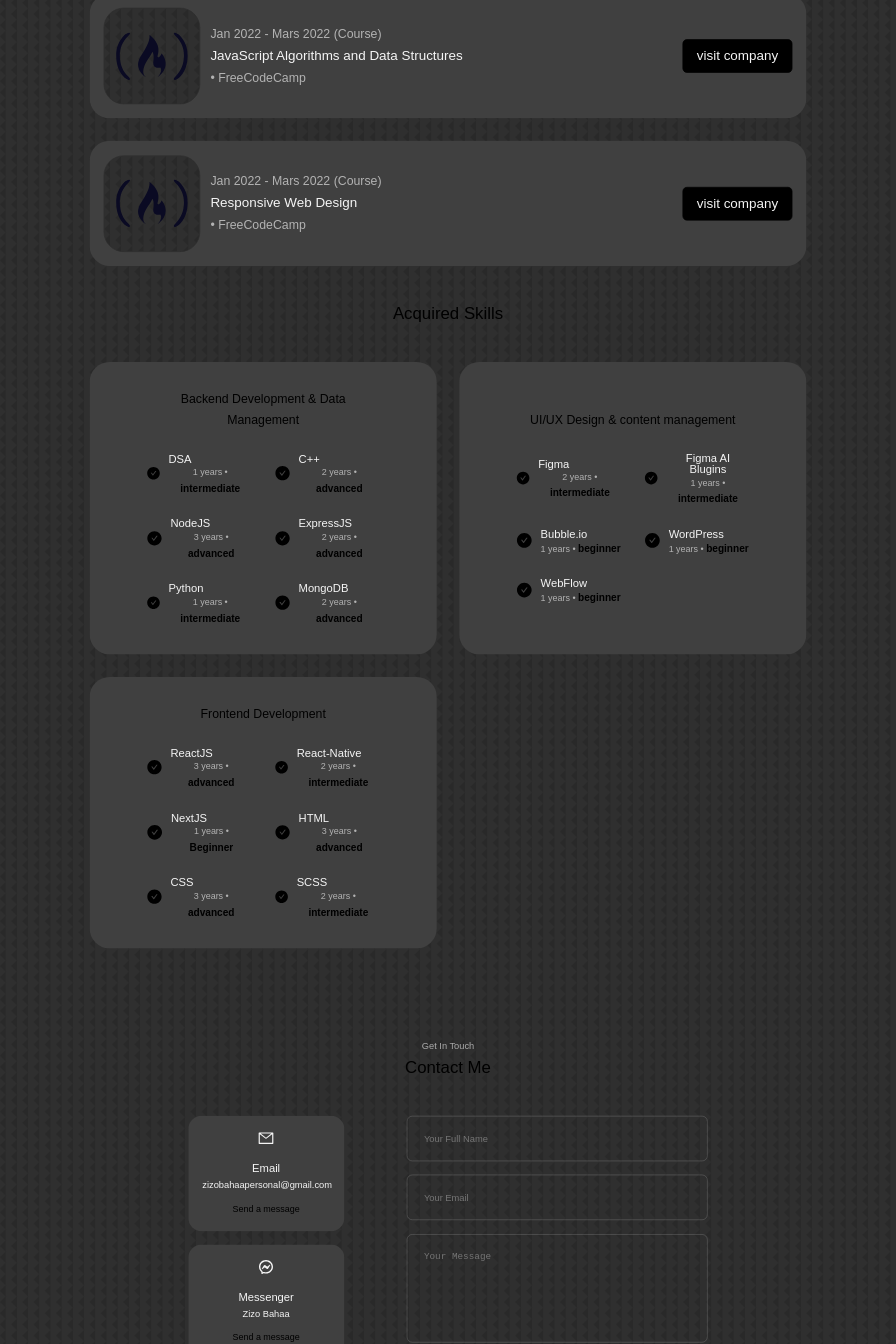
Repository: Z-Bahaa/project_joker_react_portfolio
Page: /
The author's editor kept a copy of each file at every save. The page is drawn from the files as they stood at one save, then again after the next save.
The browser window is 1280 px wide. The pictures show the part of the page from y = 4580 to 6500 px (the page is 7236 px tall before and 7329 px after), at 70% of full size.
Some web fonts or font styles are not loaded; a fallback is used. The project was rebuilt for these pictures with package versions that can differ from the ones it lists, and the page was loaded fresh each time. Imported but missing from the stored project, and not drawn on this page: src/assets/resume.pdf.

Above is the page before, as saved 2023-08-21 18:19:46.

### public/index.html
<!DOCTYPE html>
<html lang="en">

<head>
  <meta charset="UTF-8">
  <meta name="viewport" content="width=device-width, initial-scale=1.0">
  <title>Zeyad Bahaa</title>
  <link rel="shortcut icon" href="/Logo.png" />
</head>

<body>
  <div id="root"></div>
</body>

</html>

### src/App.jsx
import Header from './components/header/Header'
import Nav from './components/nav/Nav'
import About from './components/about/About'
import Experience from './components/experience/Experience'
// import Services from './components/services/Services'
import Portfolio from './components/portfolio/Portfolio'
// import Testimonials from './components/testimonials/Testimonials'
import Contact from './components/contact/Contact'
import Footer from './components/footer/Footer'


const App = () => {
  return (
    <>
      <Header />
      <Nav />
      <About />
      <Portfolio />
      <Experience />
      {/* <Services /> */}
{/*       <Testimonials /> */}
      <Contact />
      <Footer />

    </>
  )
}

export default App

### src/components/header/Header.jsx
import './header.css';
import CTA from './CTA'
import ME from '../../assets/me-3.png'
import HeaderSocials from './HeaderSocials'

const Header = () => {
  return (
    <div className='header container' id='home'>
      <div className='header__container'>
        <h5>Hello, I'm</h5>
        <h1>Zeyad Bahaa</h1>
        <h5 className="text-light">Software & web development Enthusiast</h5>
        <CTA />
        <HeaderSocials />

        <div className="me">
          <img src={ME} alt="" />
        </div>

        <a href='#contact' className="scroll__down">Scroll Down</a>
      </div>
    </div>
  )
}

export default Header

### src/components/nav/Nav.jsx
import './nav.css'
import { AiOutlineHome, AiOutlineUser, AiOutlineMessage } from 'react-icons/ai'
import { BiBookAlt } from 'react-icons/bi'
import { BsBagDash } from 'react-icons/bs'
import { useState} from 'react'

const Nav = () => {
  const [activeNav, setActiveNAv] = useState('#')
  return (
    <div className="nav">
      <a href="#home" className={activeNav === '#' ? 'active' : ''} onClick={() => setActiveNAv('#')}><AiOutlineHome /></a>
      <a href="#about" className={activeNav === '#about' ? 'active' : ''} onClick={() => setActiveNAv('#about')}><AiOutlineUser /></a>
      <a href="#portfolio" className={activeNav === '#services' ? 'active' : ''} onClick={() => setActiveNAv('#services')}><BsBagDash /></a>
      <a href="#experience" className={activeNav === '#experience' ? 'active' : ''} onClick={() => setActiveNAv('#experience')}><BiBookAlt /></a>
      <a href="#contact" className={activeNav === '#contact' ? 'active' : ''} onClick={() => setActiveNAv('#contact')}><AiOutlineMessage /></a>
    </div>
  )
}

export default Nav

### src/components/about/About.jsx
import './about.css'
import ME from '../../assets/me-3.png'
/* import { FiAward, FiUsers } from 'react-icons/fi'
import { AiFillFolderOpen } from 'react-icons/ai' */
const About = () => {
  return (
    <div className="section" id="about">
      <h5>Get To Know</h5>
      <h2>About Me</h2>

      <div className="container about__container">
        <div className="about__me">
          <div className="about__me-image">
            <img src={ME} alt="About" />
          </div>
        </div>

        <div className="about__content">
          {/* <div className="about__cards">

            <div className="about__card">
              <FiAward className="about__icon" />
              <h5>Experience</h5>
              <small>3+ Years Working</small>
            </div>

            <div className="about__card">
              <FiUsers className="about__icon" />
              <h5>Clients</h5>
              <small>200+ Worldwide</small>
            </div>

            <div className="about__card">
              <AiFillFolderOpen className="about__icon" />
              <h5>Projects</h5>
              <small>80+ Completed Projects</small>
            </div>

          </div> */}

          <p>
          Confident young professional with a passion for learning and development. eager to leverage education and training in the software development space to support the growth and success of a High performing organization. Strong track record of settling effective goals and leading teams to achieve those goals. committed to continuous improvement and driving team success.
          </p>

          <a href="#contact" className="btn btn-primary">Let's Talk</a>
        </div>
      </div>
    </div>
  )
}

export default About

### src/components/experience/Experience.jsx
import './experience.css'
import {skills, experience} from '../../data/experiences'
import { AiFillCheckCircle } from 'react-icons/ai'

const Experience = () => {
  return (
    <div className="section" id="experience">
      <h5>What Skills Do I Have?</h5>
      <h2>My Experiences</h2>
      <div className="history__container">
        {
          experience.map((e) => (
            <div>
              <div className="image-container">
                <img src={e.image} alt='company logo'/>
              </div>
              <div className="course-details-container">
                <p>{e.date}</p>
                <h1>{e.title}</h1>
                <section>
                  <span>{e.address.city}</span>
                  <p> • {e.address.country}</p>
                </section>
              </div>
              <a href={e.url} target="_blank" rel="noreferrer">
                <button className="btn btn-primary" >
                  <h1>visit company</h1>
                </button>
              </a>
            </div>
          ))
        }
      </div>
      <h2>Acquired Skills</h2>
      <div className="experience__container">
        {
          skills.map((field) => (
            <div>
              <h3>{field.title}</h3>
              <div className="experience__content">
                {
                  field.list.map((item) => (
                    <div className="experience__details">

                        <AiFillCheckCircle className="experience__details-icon"/>
                        <div>
                          <h4>{item.name}</h4>
                          <small>{(item.experience + " ")} • <span>{" " + item.level}</span> </small>
                        </div>
                    </div>
                  ))
                }
              </div>
            </div>
          ))
        }
      </div>

    </div>
  )
}

export default Experience

### src/components/portfolio/Portfolio.jsx
import './portfolio.css'
import projects from '../../data/projects'



const Portfolio = () => {
  return (
    <div className="section" id='portfolio'>
      <h5>My Recent Work</h5>
      <h2>Portfolio</h2>

      <div className="container portfolio__container">
        {
          projects.map(item => (
            <div  key={item.id} className="portfolio__item">
              <img src={item.img} className="portfolio__item-image" alt=""/>
              <h3>{item.title || 'This is a portfolio item title'}</h3>
              <p>{item.tech || 'This is a portfolio item title'}</p>
              <div className="portfolio__item-cta">
                <a className="btn" href={item.github} target='_blank' rel="noreferrer">Github</a>
                <a className="btn btn-primary" href={item.demo} target='_blank' rel="noreferrer">Live Demo</a>
              </div>
            </div>
          ))
        }
      </div>
    </div>
  )
}

export default Portfolio

### src/components/contact/Contact.jsx
import './contact.css'
import { AiOutlineMail, AiOutlineWhatsApp } from 'react-icons/ai'
import { RiMessengerLine } from 'react-icons/ri'


const Contact = () => {

  return (
    <div className="section" id="contact">
      <h5>Get In Touch</h5>
      <h2>Contact Me</h2>

      <div className="container contact__container">
        <div className="contact__options">

          <div className="contact__option">
            <AiOutlineMail className='contact__option-icon'/>
            <h4>Email</h4>
            <h5>zizobahaapersonal@gmail.com</h5>
            <a href="mailto:zizobahaapersonal@gmail.com">Send a message</a>
          </div>

          <div className="contact__option">
            <RiMessengerLine className='contact__option-icon'/>
            <h4>Messenger</h4>
            <h5>Zizo Bahaa</h5>
            <a href="https://m.me/100071918118359">Send a message</a>
          </div>
          <div className="contact__option">
            <AiOutlineWhatsApp className='contact__option-icon' />
            <h4>WhatsApp</h4>
            <h5>+201020730202</h5>
            <a href="https://api.whatsapp.com/send?phone=201020730202" >Send a message</a>
          </div>

        </div>

{        <form
          // ref={form}
          // onSubmit={sendEmail}
          >
          <input type="text" name="name" placeholder="Your Full Name" required/>
          <input type="email" name="email" placeholder="Your Email" required/>
          <textarea name="message" placeholder="Your Message" rows="7" required/>
          <button type="submit" className="btn btn-primary">send Message</button>
        </form>}
      </div>
    </div>
  )
}

export default Contact

### src/components/footer/Footer.jsx
import './footer.css'
import { AiOutlineLinkedin, AiOutlineFacebook, } from 'react-icons/ai'
import { FiTwitter, FiGithub, FiInstagram } from 'react-icons/fi'
import { FaTiktok } from 'react-icons/fa'
import { SiMyanimelist } from 'react-icons/si'

const Footer = () => {
  return (
    <div className="footer">
      <a href="#home" className="footer__icon">Z. bahaa</a>

      <ul className="permalinks">
        <li><a href="#home">Home</a></li>
        <li><a href="#about">About</a></li>
        <li><a href="#experience">Experience</a></li>
        {/* <li><a href="#services">Services</a></li> */}
        <li><a href="#portfolio">Portfolio</a></li>
        {/* <li><a href="#testimonials">Testimonials</a></li> */}
        <li><a href="#contact">Contact</a></li>
      </ul>

      <div className="footer__socials" >
        <a href='https://www.linkedin.com/in/z-bahaa-194022234/' target='_blank' rel="noreferrer"><AiOutlineLinkedin /></a>
        <a href='https://github.com/Z-Bahaa' target='_blank' rel="noreferrer"><FiGithub /></a>
        <a href='https://www.facebook.com/profile.php?id=100071918118359' target='_blank' rel="noreferrer"><AiOutlineFacebook /></a>
      </div>

      <div className="footer__coptright">
        <small>&copy; Z.bahaa. All rights reserved.</small>
      </div>
    </div>
  )
}

export default Footer

### src/components/header/header.css
.header {
  height: 120vh;
  padding-top: 7rem;
  /* overflow: hidden; */
}

.header__container {
  text-align: center;
  height: 100%;
  position: relative;
}

.cta {
  margin-top: 2.5rem;
  display: flex;
  gap: 1.2rem;
  justify-content: center;
}

.header__socials {
  display: flex;
  flex-direction: column;
  position: absolute;
  left: 0;
  bottom: 2rem;
  gap: 1rem;
}

.header__socials::after {
  content: "";
  width: 1px;
  height: 2rem;
  background: var(--color-primary);
  align-self: center;
}

.me {
  background: linear-gradient(var(--color-primary), transparent);
  width: 22rem;
  max-height: 27rem;
  position: absolute;
  left: calc(50% - 11rem);
  margin-top: 4rem;
  border-radius: 12rem 12rem 0 0;
  -webkit-border-radius: 12rem 12rem 0 0;
  -moz-border-radius: 12rem 12rem 0 0;
  -ms-border-radius: 12rem 12rem 0 0;
  -o-border-radius: 12rem 12rem 0 0;
  overflow: hidden;
  /* padding: 5rem 1.5rem 1.5rem 1.5rem; */
}
/* .me img {
  min-height: 40rem;
} */

.scroll__down {
  position: absolute;
  right: 0rem;
  bottom: 5rem;
  transform: rotate(90deg);
  -webkit-transform: rotate(90deg);
  -moz-transform: rotate(90deg);
  -ms-transform: rotate(90deg);
  -o-transform: rotate(90deg);
  font-weight: 300;
  font-size: 0.9rem
}

@media screen and (max-width: 1024px) {
  .header {
    height: 70vh;
  }
}

@media screen and (max-width: 600px) {
  .header {
    height: 100vh;
  }


}

### src/components/header/CTA.jsx
import CV from '../../assets/resume.pdf'

import React from 'react'

const CTA = () => {
  return (
    <div className="cta">
      <a href={CV} className='btn'>Download CV</a>
      <a href="#contact" className="btn btn-primary">Let's Talk</a>
    </div>
  )
}

export default CTA

### src/components/header/HeaderSocials.jsx
import { AiOutlineLinkedin, AiOutlineFacebook,} from 'react-icons/ai'
import {FiGithub} from 'react-icons/fi'



const HeaderSocials = () => {
  return (
    <div className="header__socials">
      <a href='https://www.linkedin.com/in/zizo-bahaa' target='_blank'  rel="noreferrer"><AiOutlineLinkedin /></a>
      <a href='https://github.com/Z-Bahaa' target='_blank'  rel="noreferrer"><FiGithub /></a>
      <a href='https://www.facebook.com/profile.php?id=100071918118359' target='_blank'  rel="noreferrer"><AiOutlineFacebook /></a>
    </div>
  )
}

export default HeaderSocials

### src/components/nav/nav.css
.nav {
  background: rgba(0, 0, 0, 0.3);
  width: max-content;
  display: block;
  padding: 0.7em 1.7em;
  z-index: 2;
  position: fixed;
  left: 50%;
  transform: translateX(-50%);
  -webkit-transform: translateX(-50%);
  -moz-transform: translateX(-50%);
  -ms-transform: translateX(-50%);
  -o-transform: translateX(-50%);
  bottom: 2rem;
  display: flex;
  gap: 0.8rem;
  border-radius: 3rem;
  -webkit-border-radius: 3rem;
  -moz-border-radius: 3rem;
  -ms-border-radius: 3rem;
  -o-border-radius: 3rem;
  backdrop-filter: blur(15px);
}

.nav a {
  background: transparent;
  padding: 0.8rem;
  border-radius: 50%;
  -webkit-border-radius: 50%;
  -moz-border-radius: 50%;
  -ms-border-radius: 50%;
  -o-border-radius: 50%;
  display: flex;
  color: var(--color-light);
  font-size: 1.1rem;
}

.nav a:hover {
  background: rgba(0, 0, 0, 0.3);
}

.nav a.active {
  background: var(--color-primary);
  color: var(--color-bg)
}

### src/data/experiences.js
import GFG from '../assets/GFG.png'
import UD from '../assets/udemy.png'
import PM from '../assets/paymasr.jpg'
import BL from '../assets/BL.jpg'
import FCC from '../assets/FCC.svg'

const skills = [
{
  title: 'Backend Development & Data Management',
  list: [
    {
      name: 'DSA',
      experience: '1 years',
      level: 'intermediate',
    },
    {
      name: 'C++',
      experience: '2 years',
      level: 'advanced',
    },
    {
      name: 'NodeJS',
      experience: '3 years',
      level: 'advanced',
    },
    {
      name: 'ExpressJS',
      experience: '2 years',
      level: 'advanced',
    },
    {
      name: 'Python',
      experience: '1 years',
      level: 'intermediate',
    },
    {
      name: 'MongoDB',
      experience: '2 years',
      level: 'advanced',
    },
  ],
},
{
  title: 'UI/UX Design & content management',
  list: [
    {
      name: 'Figma',
      experience: '2 years',
      level: 'intermediate',
    },
    {
      name: 'Figma AI Blugins',
      experience: '1 years',
      level: 'intermediate',
    },
    {
      name: 'Bubble.io',
      experience: '1 years',
      level: 'beginner',
    },
    {
      name: 'WordPress',
      experience: '1 years',
      level: 'beginner',
    },
    {
      name: 'WebFlow',
      experience: '1 years',
      level: 'beginner',
    },
  ],
},
{
  title: 'Frontend Development',
  list: [
    {
      name: 'ReactJS',
      experience: '3 years',
      level: 'advanced',
    },
    {
      name: 'React-Native',
      experience: '2 years',
      level: 'intermediate',
    },
    {
      name: 'NextJS',
      experience: '1 years',
      level: 'Beginner',
    },
    {
      name: 'HTML',
      experience: '3 years',
      level: 'advanced',
    },
    {
      name: 'CSS',
      experience: '3 years',
      level: 'advanced',
    },
    {
      name: 'SCSS',
      experience: '2 years',
      level: 'intermediate',
    },
  ],
},
];


const experience = [
  {
    type: 'course',
    image: GFG,
    date: 'Jun 2023 - Aug 2023 (Course)',
    title: 'Data Structures and Algorithms',
    address: {
      city: 'Sandeep Jain ',
      country: 'GeeksForGeeks',
    },
    url: 'https://www.geeksforgeeks.org/courses/dsa-self-paced',
  },
  {
    type: 'course',
    image: GFG,
    date: 'Mar 2023 - May 2023 (Course)',
    title: 'Master C++ Programming - Complete Beginner to Advanced',
    address: {
      city: 'Sandeep Jain ',
      country: 'GeeksForGeeks',
    },
    url: 'https://www.geeksforgeeks.org/courses/cpp-programming-basic-to-advanced',
  },
  {
    type: 'job',
    image: PM,
    date: 'Aug 2022 - Feb 2023 (Apprenticeship)',
    title: 'Product Manager || MERN Stack Developer',
    address: {
      city: 'PayMasr ',
      country: 'Cairo, EG',
    },
    url: 'https://www.linkedin.com/company/paymasr/',
  },
  {
    type: 'job',
    image: BL,
    date: 'Jun 2022 - Jul 2022 (Contract)',
    title: 'Junior FrontEnd Developer',
    address: {
      city: 'Bottomless ',
      country: 'Seattle, Washington',
    },
    url: 'https://www.linkedin.com/company/bottomless/',
  },
  {
    type: 'course',
    image: UD,
    date: 'Apr 2022 - May 2022 (Course)',
    title: 'The Complete React Developer Course (w Hooks and Redux)',
    address: {
      city: 'Andrew Mead',
      country: 'Udemy',
    },
    url: 'https://www.udemy.com/course/react-2nd-edition/',
  },
  {
    type: 'course',
    image: FCC,
    date: 'Jan 2022 - Mars 2022 (Course)',
    title: 'Front End Development Libraries',
    address: {
      city: '',
      country: 'FreeCodeCamp',
    },
    url: 'https://www.freecodecamp.org/learn/front-end-development-libraries/',
  },
  {
    type: 'course',
    image: FCC,
    date: 'Jan 2022 - Mars 2022 (Course)',
    title: 'JavaScript Algorithms and Data Structures',
    address: {
      city: '',
      country: 'FreeCodeCamp',
    },
    url: 'https://www.freecodecamp.org/learn/javascript-algorithms-and-data-structures/',
  },
  {
    type: 'course',
    image: FCC,
    date: 'Jan 2022 - Mars 2022 (Course)',
    title: 'Responsive Web Design',
    address: {
      city: '',
      country: 'FreeCodeCamp',
    },
    url: 'https://www.freecodecamp.org/learn/2022/responsive-web-design/',
  },
]

export {skills, experience};

### src/components/portfolio/portfolio.css
.portfolio__container {
  display: grid;
  grid-template-columns: repeat(2, 1fr);
  gap: 2.5rem;
}

.portfolio__item {
  background: var(--color-bg-variant);
  padding: 1.2rem;
  border-radius: 2rem;
  -webkit-border-radius: 2rem;
  -moz-border-radius: 2rem;
  -ms-border-radius: 2rem;
  -o-border-radius: 2rem;
  border: 1px solid transparent;
  transition: var(--transition);
  -webkit-transition: var(--transition);
  -moz-transition: var(--transition);
  -ms-transition: var(--transition);
  -o-transition: var(--transition);
}

.portfolio__item:hover {
  border-color: var(--color-primary-variant);
  background: transparent;
}

.portfolio__item-image {
  border-radius: 1.5rem;
  -webkit-border-radius: 1.5rem;
  -moz-border-radius: 1.5rem;
  -ms-border-radius: 1.5rem;
  -o-border-radius: 1.5rem;
  overflow: hidden;
}

.portfolio__item h3 {
  margin: 0rem 0.2rem;
  margin-top: 1rem;
}

.portfolio__item p {
  margin: 0rem 0.2rem;
  margin-bottom: 1rem;
  font-size: 1rem;
  color: var(--color-light);
}

.portfolio__item-cta {
  display: flex;
  align-self: flex-end;
  gap: 1rem;
  margin-bottom: 1rem;
}

@media screen and (max-width: 1024px) {
  .portfolio__container {
    grid-template-columns: 1fr 1fr;
    gap: 1.2rem;
  }
}

@media screen and (max-width: 600px) {
  .portfolio__container {
    grid-template-columns: 1fr;
    gap: 1rem;
  }
}

### src/components/contact/contact.css
.container.contact__container {
  width: 58%;
  display: grid;
  grid-template-columns: 30% 58%;
  gap: 12%;
}

.contact__options {
  display: flex;
  flex-direction: column;
  gap: 1.2rem;
}

.contact__option {
  background: var(--color-bg-variant);
  padding: 1.2rem;
  border-radius: 1.2rem;
  -webkit-border-radius: 1.2rem;
  -moz-border-radius: 1.2rem;
  -ms-border-radius: 1.2rem;
  -o-border-radius: 1.2rem;
  text-align: center;
  border: 1px solid transparent;
  transition: var(--transition);
  overflow: hidden;
}

.contact__option:hover {
  background: transparent;
  border-color: var(--color-primary-variant);
}

.contact__option-icon {
  font-size: 1.5rem;
  margin-bottom: 0.5rem;

}

.contact__option a {
  margin-top: 0.7rem;
  display: inline-block;
  font-size: .8rem;
}

form {
  display: flex;
  flex-direction: column;
  gap: 1.2rem;
}

input, textarea {
  width: 100%;
  padding: 1.5rem;
  border-radius: 0.5rem;
  -webkit-border-radius: 0.5rem;
  -moz-border-radius: 0.5rem;
  -ms-border-radius: 0.5rem;
  -o-border-radius: 0.5rem;
  background: transparent;
  border: 1px solid var(--color-primary-variant);
  resize: none;
  color: var(--color-white);
}

@media screen and (max-width: 1024px) {
  .container.contact__container {
    grid-template-columns: 1fr;
    gap: 2rem;
  }
}

@media screen and (max-width: 600px) {
  .container.contact__container {
    width: var(--container-width-sm);
  }
}

### src/components/footer/footer.css
.footer {
  background: var(--color-primary);
  padding: 3rem 0;
  padding-bottom: 0;
  text-align: center;
  font-size:0.9rem;
  margin-top: 7rem;
}

.footer a {
  color: var(--color-bg);
}

.footer__icon {
  font-size:2rem;
  font-weight: 500;
  margin-bottom: 2rem;
  display: inline-block;
}

.permalinks {
  display: flex;
  flex-wrap: wrap;
  justify-content: center;
  gap: 2rem;
  margin: 0 auto 3rem;
}

.footer__socials {
  display: flex;
  justify-content: center;
  gap: 1rem;
  margin-bottom: 4rem;
}

.footer__socials a {
  background: var(--color-bg);
  color: var(--color-white);
  padding: 0.8rem;
  border-radius: 0.7rem;
  -webkit-border-radius: 0.7rem;
  -moz-border-radius: 0.7rem;
  -ms-border-radius: 0.7rem;
  -o-border-radius: 0.7rem;
  display: flex;
  border: 1px solid transparent;
  margin-bottom: 5rem;
}

.footer__socials a:hover {
  background: transparent;
  color: var(--color-bg);
  border-color: var(--color-bg);

}

.footer__copyright {
  margin-bottom: 4rem;
  color: var(--color-bg);
}

@media screen and (max-width: 600px) {
  .permalinks {
    flex-direction: column;
    gap: 1.5rem;
  }
}

Loaded but not shown: src/data/projects.js (65 lines, source omitted); src/index.js (5 lines, source omitted); src/components/experience/experience.css (212 lines, source omitted); src/index.css (151 lines, source omitted); src/components/about/about.css (141 lines, source omitted)

After the next save:
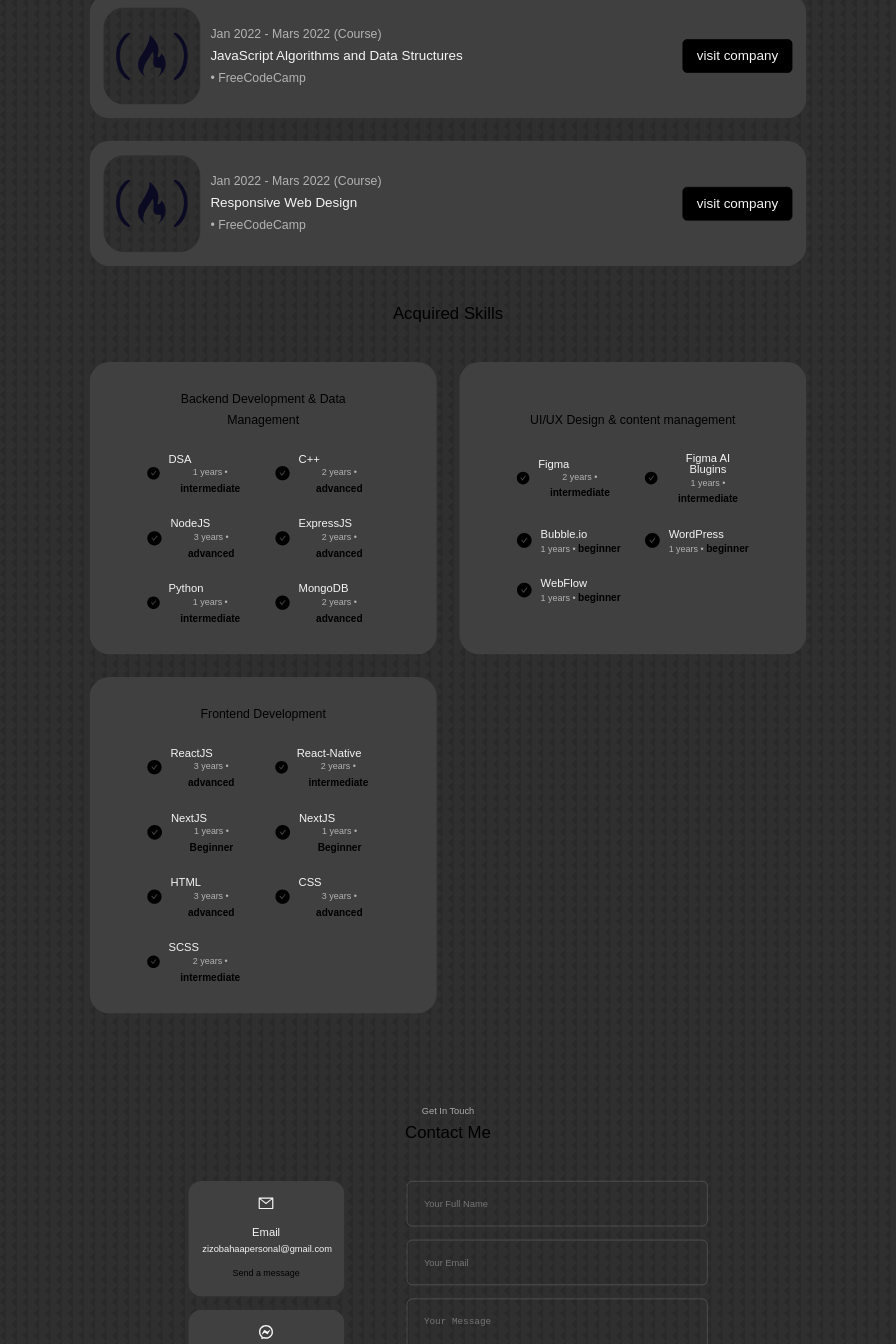
Saved 25 s later.
--- a/src/data/experiences.js
+++ b/src/data/experiences.js
@@ -89,6 +89,11 @@
       level: 'Beginner',
     },
     {
+      name: 'NextJS',
+      experience: '1 years',
+      level: 'Beginner',
+    },
+    {
       name: 'HTML',
       experience: '3 years',
       level: 'advanced',
